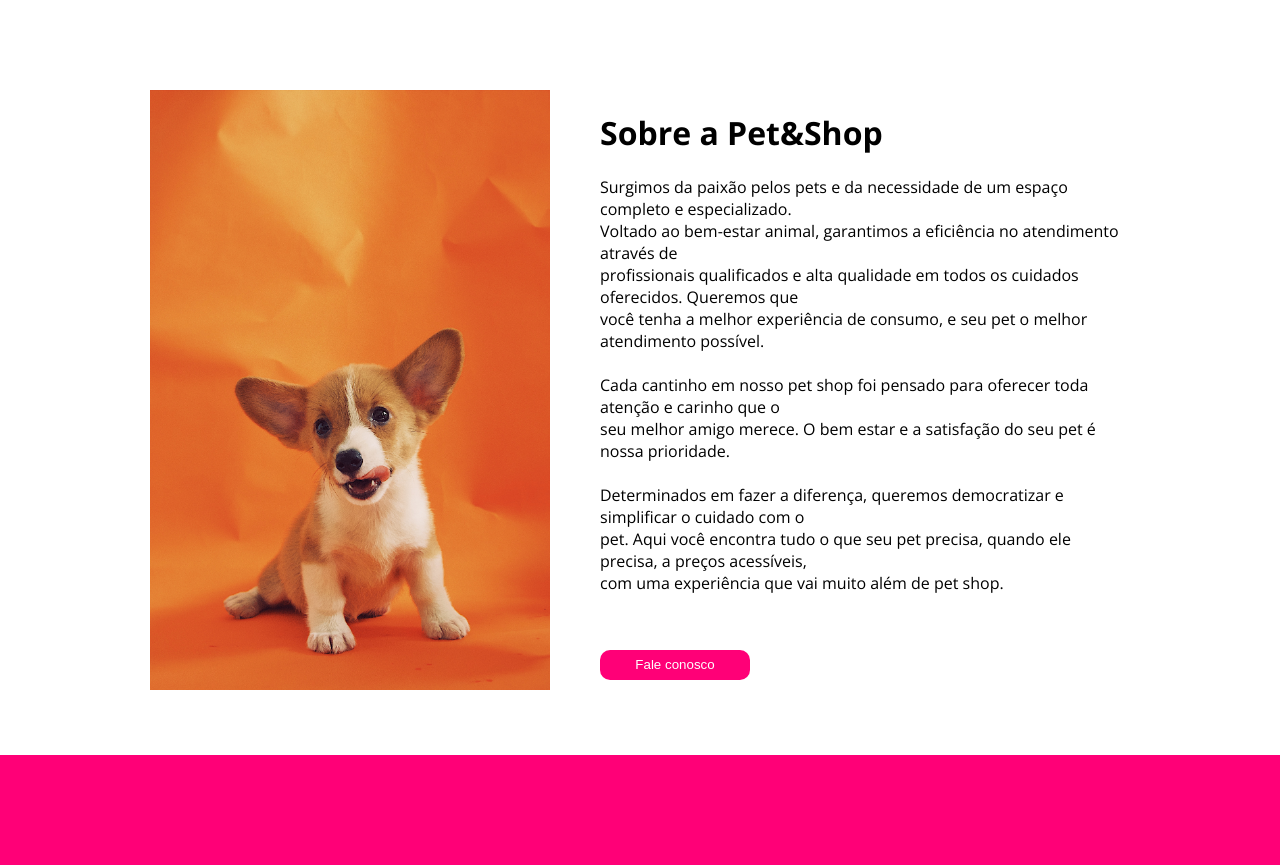
Repository: Carolden/ProhetoPetShop
Page: sobre.html
The author's editor kept a copy of each file at every save. The page is drawn from the files as they stood at one save, then again after the next save.
The browser window is 1280 px wide. The pictures show the part of the page from y = 260 to 1125 px (the page is 1790 px tall).
A picture or video elsewhere on the page could not be fetched, so the positions and the page height are approximate.

Above is the page before, as saved 2023-05-01 15:14:19.

### sobre.html
<!DOCTYPE html>
<html lang="pt-BR">
<head>
    <meta charset="UTF-8">
    <meta http-equiv="X-UA-Compatible" content="IE=edge">
    <meta name="viewport" content="width=device-width, initial-scale=1.0">
    <title>Pet&Shop</title>
    <link rel="stylesheet" href="sobre.css">
    <link rel="stylesheet" href="https://cdnjs.cloudflare.com/ajax/libs/font-awesome/6.4.0/css/all.min.css">
    <link rel="preconnect" href="https://fonts.googleapis.com">
    <link rel="preconnect" href="https://fonts.gstatic.com" crossorigin>
    <link href="https://fonts.googleapis.com/css2?family=Open+Sans:wght@300;400;500;600;700;800&display=swap" rel="stylesheet">


</head>

<body>

    <header>

        <div class="headerrow">
            <div class="headercolumn">
                <img src="Imagens/logo-colored.svg" alt="logo" class="logocolored">
            </div>

            <div>
                <nav class="menu">
                    <a href="index.html">Home</a>
                    <a href="sobre.html" class="active">Sobre</a>
                    <a href="produtos.html">Produtos</a>
                    <a href="servicos.html">Serviços</a>
                    <a href="faleconosco.html">Fale Conosco</a>
                </nav>
            </div>
        </div>


    </header>

    <div class="row">

        <div class="column">

            <img src="Imagens/about.jpg" alt="cachorro" class="img">

        </div>


        <div class="column">

            <h1 class="columntext">Sobre a Pet&Shop</h1>
            <p class="columntext">
                Surgimos da paixão pelos pets e da necessidade de um espaço completo e especializado.<br>Voltado ao bem-estar animal, garantimos a eficiência no atendimento através de<br> profissionais qualificados e alta qualidade em todos os cuidados oferecidos. Queremos que <br>você tenha a melhor experiência de consumo, e seu pet o melhor atendimento possível.<br><br>
                Cada cantinho em nosso pet shop foi pensado para oferecer toda atenção e carinho que o <br>seu melhor amigo merece. O bem estar e a satisfação do seu pet é nossa prioridade.<br><br>
                Determinados em fazer a diferença, queremos democratizar e simplificar o cuidado com o <br>pet. Aqui você encontra tudo o que seu pet precisa, quando ele precisa, a preços acessíveis, <br>com uma experiência que vai muito além de pet shop.
            </p>

            <button class="botao">Fale conosco</button>

        </div>


    </div>


    <footer class="footer">


        <div>
            <img src="Imagens/logo-white.svg" alt="logo" class="logofooter">
        </div>

        <div class="footerrow">

        <div class="footercolumn">
            <h4 class="contato">Contato</h4>
            <p class="contato">
                Estrada sem nome, 1234, Sala 0<br>
                Bairro - Cidade / UF<br>
                12345-678<br>
                <b>(00) 99999-9999<br>
                contato@petshop.com.br<br></b>
            </p>
        </div>


        <div class="footercolumn">
            <h4 class="horario">Horário de funcionamento</h4>
            <p class="horario">
                De Segunda a Sexta-feira das 9 às 19hs.<br>
                Aos Sábados das 9 às 18hs.
            </p>
        </div>


        <div class="footercolumn">
            <h4 class="socialmedia">Siga-nos</h4>
            <i class="fa-brands fa-facebook-f"></i>
            <i class="fa-brands fa-instagram"></i>
            <i class="fa-brands fa-tiktok"></i>
            <i class="fa-brands fa-twitter"></i>
            <i class="fa-brands fa-youtube"></i>
        </div>

        </div>

        <div class="devdbycrie">
            <p>© 2022 pet&shop | Todos os direitos reservados. Desenvolvido por Crie_TI</p>
        </div>


    </footer>

</body>
</html>

### sobre.css
@import url('https://fonts.googleapis.com/css2?family=Open+Sans:wght@300&display=swap');

body {
    margin: 0;
    border: 0;
    font-family: 'Open Sans', sans-serif;
    overflow-x: hidden;
}

/* HEADER */

.logocolored {
    width: 300px;
}

.headerrow {
    display: flex;
    width: 100%;
    align-items: center;
    padding-top: 10px;
    padding-bottom: px;
    margin-bottom: 10px;
}

.menu a {
    text-decoration: none;
    padding: 12px;
    color: #382c32;
    font-weight: 600;
    font-size: 18px;
}

a.active {
    color: white;
    background-color: #FF0077;;
    padding-top: 100%;
    padding-bottom: 33px;
}

a.active:hover {
    color: white
}

a:hover {
    color: #FF0077;;
}

.headercolumn {
    width: 50%;
    padding-left: 150px;
}

.row {
    display: flex;
    padding-left: 150px;
    padding-right: 150px;
    padding-top: 100px;
    padding-bottom: 60px;
    box-shadow: 110px 110px gray; /* deslocamento inferior de 10px */

}

.column img {
    height: 600px;
    width: 400px;
}

.columntext {
    padding-left: 50px;
}



.botao {
    color: white;
    background-color: #FF0077;
    border-radius: 10px;
    width: 150px;
    height: 30px;
    border: none;
    margin-left: 50px;
    margin-top: 40px;
}























.footerrow {
    display: flex;
    padding-bottom: 60px;
}

.logofooter {
    width: 300px;
}

.footer {
    background-color: #FF0077;
    width: 100%;
    padding: 130px 230px 80px 230px;
    box-sizing: border-box;
    color: white;
}

.footer h4 {
    font-size: 18px;
}

.footercolumn {
    width: 33.33%;
    align-items: center;
    text-align: right;
    font-size: 16px;
}

.contato {
    text-align: left;
}

.horario {
    text-align: center;
}

.socialmedia {
    text-align: right;
}

.footercolumn i {
    padding: 10px;
    font-size: 30px;
}

.devdbycrie {
    border-top: 2px solid rgb(255, 0, 136);
    text-align: center;
    font-size: 18px;
    padding-top: 15px;
}

.footercolumn i:hover {
    transform: scale(1.5) rotate(10deg);
}

After the next save:
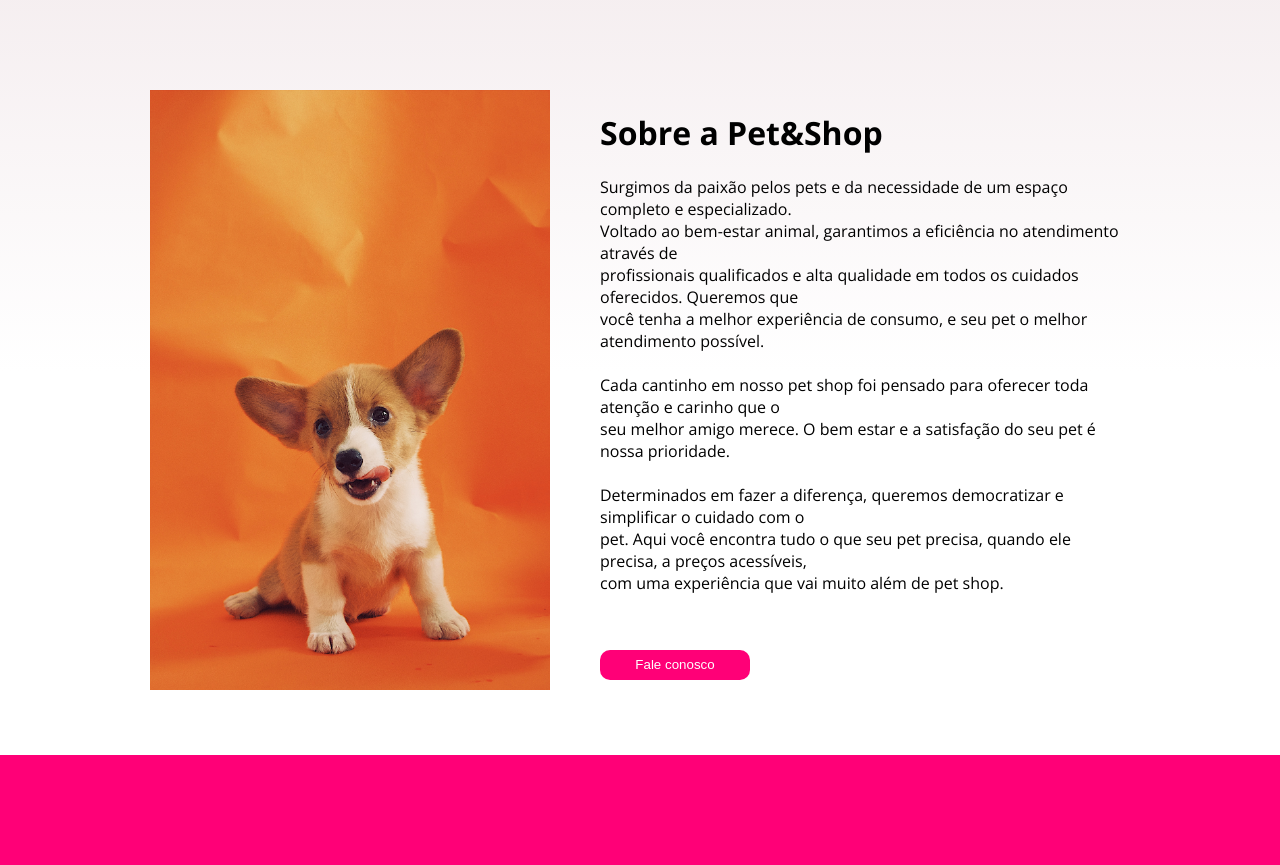
Saved 3 min 35 s later.
--- a/sobre.css
+++ b/sobre.css
@@ -56,7 +56,7 @@
     padding-right: 150px;
     padding-top: 100px;
     padding-bottom: 60px;
-    box-shadow: 110px 110px gray; /* deslocamento inferior de 10px */
+    background-image: linear-gradient(0, #ffffff 0, #ffffff 50%, #f5eef0 100%);
 
 }
 
